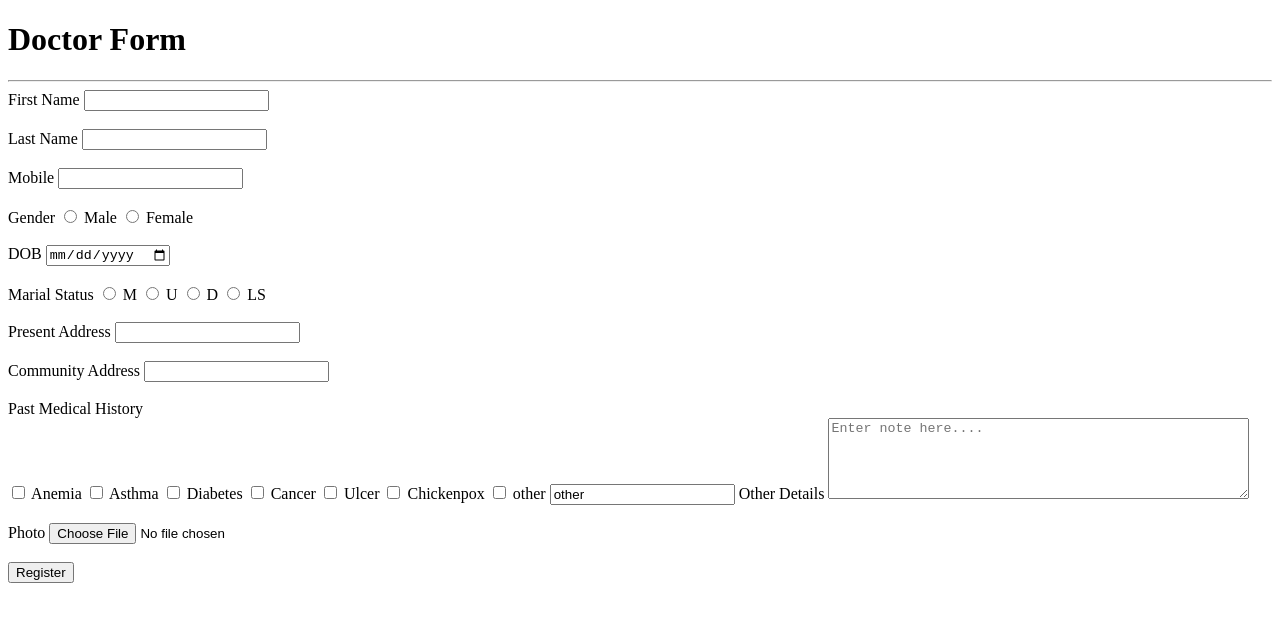
Repository: aayush105/Advance-Java
Page: http://localhost/Doctorpatient/patient.jsp
The author's editor kept a copy of each file at every save. The page is drawn from the files as they stood at one save, then again after the next save.
The browser window is 1280 px wide. The pictures show the whole page.
The page is served by Tomcat 10.

Above is the page before, as saved 2023-07-20 11:37:19.

After the next save:
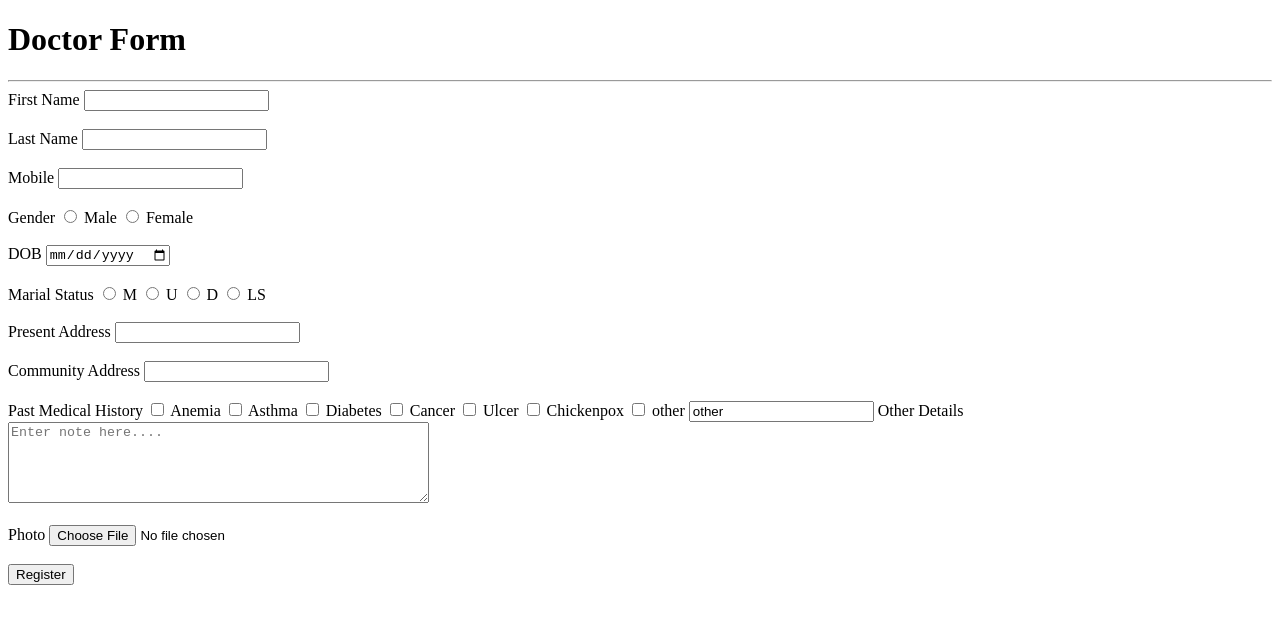
Saved 17 s later.
--- a/Doctorpatient/src/main/webapp/patient.jsp
+++ b/Doctorpatient/src/main/webapp/patient.jsp
@@ -26,7 +26,7 @@ Marial Status <input type="radio" name="status" value="M"> M
 <br><br>
 Present Address <input type ="text" name ="paddress"><br><br>
 Community Address <input type ="text" name ="caddress"><br><br>
-Past Medical History <br>
+Past Medical History
 <input type="checkbox" name="check-1" value="check-1"> Anemia
 <input type="checkbox" name="check-2" value="check-2"> Asthma
 <input type="checkbox" name="check-3" value="check-3"> Diabetes
